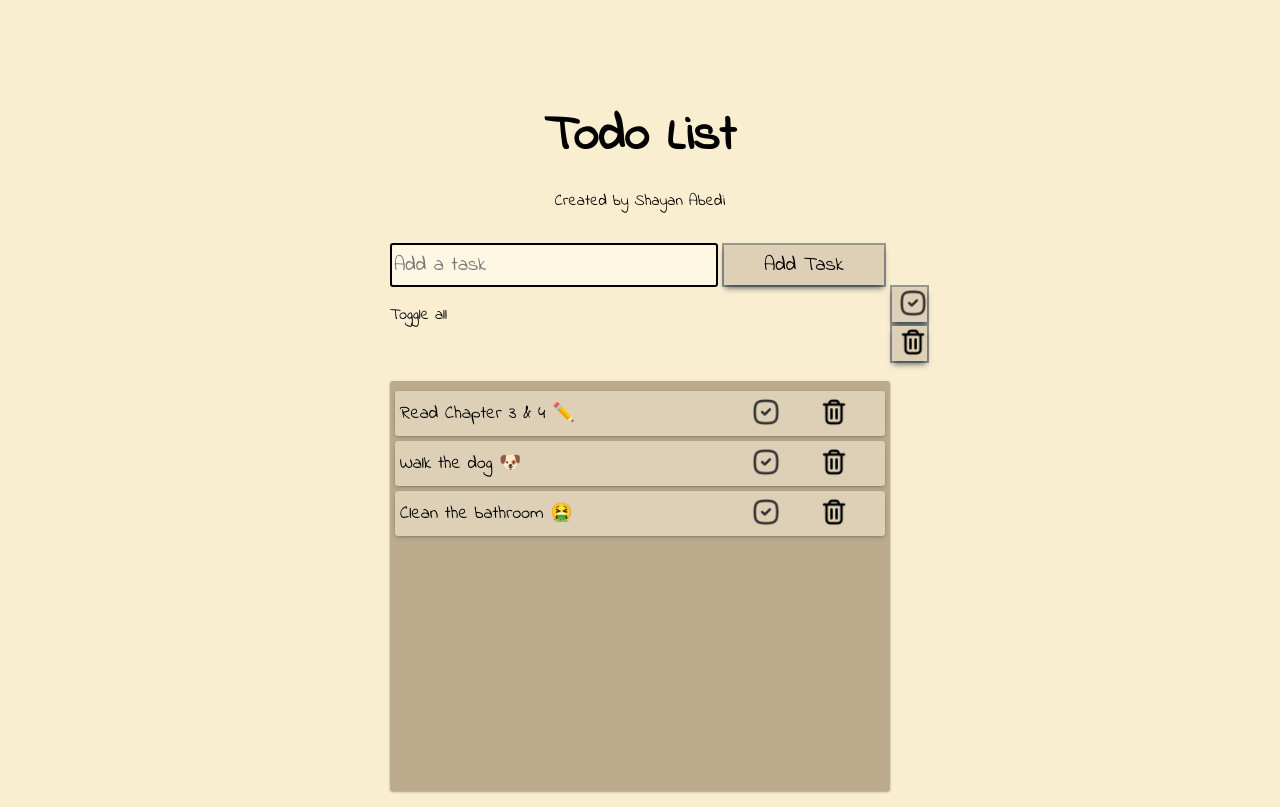
Repository: shayanabedi98/todo-list
Page: /
An editor plug-in stored every save of this project. The page is shown before and after the next save, followed by the edit.
The browser window is 1280 px wide. The pictures show the whole page.
The project was rebuilt for these pictures with package versions that can differ from the ones it lists, and the page was loaded fresh each time. Also part of the build but not shown: vite.config.js.

Above is the page before, as saved 2023-12-30 17:17:19.

### index.html
<!doctype html>
<html lang="en">
  <head>
    <meta charset="UTF-8" />
    <link rel="icon" type="image/svg+xml" href="./src/assets/pencil-svgrepo-com.png" />
    <meta name="viewport" content="width=device-width, initial-scale=1.0" />
    <link rel="preconnect" href="https://fonts.googleapis.com">
    <link rel="preconnect" href="https://fonts.gstatic.com" crossorigin>
    <link href="https://fonts.googleapis.com/css2?family=Indie+Flower&display=swap" rel="stylesheet">
    <title>Todo List</title>
  </head>
  <body>
    <div id="root"></div>
    <script type="module" src="/src/main.jsx"></script>
  </body>
</html>

### src/App.jsx
import { useState } from "react";
import { v4 as uuid } from "uuid";
import TodoList from "./TodoList";
import CreateTask from "./CreateTask";
import AffectAll from "./AffectAll";

function App() {
  const [list, setList] = useState([
    { id: uuid(), text: "Read Chapter 3 & 4 ✏️", completed: false },
    { id: uuid(), text: "Walk the dog 🐶", completed: false },
    { id: uuid(), text: "Clean the bathroom 🤮", completed: false },
  ]);
  const [input, setInput] = useState("");

  const addTask = () => {
    if (input.trim() !== "") {
      setList([...list, { id: uuid(), text: input, completed: false }]);
      setInput("");
    }
  };

  const handleChange = (event) => {
    setInput(event.target.value);
  };

  const handleDelete = (taskID) => {
    const newList = list.filter((task) => {
      return task.id !== taskID;
    });
    setList(newList);
  };

  const handleComplete = (taskID) => {
    const newList = list.map((task) => {
      if (task.id === taskID) {
        return { ...task, completed: !task.completed };
      } else {
        return task;
      }
    });
    setList(newList);
  };

  const clearAll = () => {
    setList([]);
  };

  const completeAll = () => {
    const isItCompleted = list.some((task) => !task.completed);
    const newList = list.map((task) => ({ ...task, completed: isItCompleted }));
    setList(newList)
  };

  return (
    <>
      <h1>Todo List</h1>
      <p>Created by Shayan Abedi</p>
      <CreateTask handleChange={handleChange} input={input} addTask={addTask} />
      <AffectAll clearAll={clearAll} completeAll={completeAll} />
      <TodoList
        list={list}
        handleDelete={handleDelete}
        handleComplete={handleComplete}
      />
    </>
  );
}

export default App;

### src/index.css
body {
  background-color: #FAEED1;
  font-family: 'Indie Flower', cursive;
}

h1 {
  font-size: 50px;
  margin-top: 100px;
  margin-bottom: 0;
  text-align: center;
}

.create-task {
  display: grid;
  place-items: center;
  align-content: center;
  grid-template-columns: 1fr 1fr;
  margin: 30px auto 0 auto;
}

.create-task input {
  background-color: #FDF7E4;
  border: 2px solid black;
  border-radius: 3px;
  font-size: 20px;
  height: 38px;
  width: 320px;
  font-family: 'Indie Flower', cursive;
}

.create-task button {
  background-color: #DED0B6;
  border: none;
  font-family: 'Indie Flower', cursive;
  height: 40px;
  width: 160px;
  font-size: 20px;
  box-shadow: rgba(6, 24, 44, 0.4) 0px 0px 0px 2px, rgba(6, 24, 44, 0.65) 0px 4px 6px -1px, rgba(255, 255, 255, 0.08) 0px 1px 0px inset;
  cursor: pointer;
}

.affect-all {
  display: grid;
  grid-template-columns: 1fr 1fr;
}

.affect-all p{
 text-align: start;
}

.affect-all button {
  background-color: #DED0B6;
  border: none;
  font-family: 'Indie Flower', cursive;
  height: 35px;
  width: 35px;
  margin: auto 2px;
  box-shadow: rgba(6, 24, 44, 0.4) 0px 0px 0px 2px, rgba(6, 24, 44, 0.65) 0px 4px 6px -1px, rgba(255, 255, 255, 0.08) 0px 1px 0px inset;
  cursor: pointer;
}

.list ul {
 padding: 5px;
 box-shadow: rgba(0, 0, 0, 0.12) 0px 1px 3px, rgba(0, 0, 0, 0.24) 0px 1px 2px;
  border-radius: 3px;
  background-color: #BBAB8C;
  min-height: 400px;
}

.list li {
  list-style: none;
  display: grid;
  grid-template-columns: 1fr 0.2fr 0.2fr;
  background-color: #DED0B6;
  margin-top: 5px;
  margin-bottom: 5px;
  padding: 5px;
  box-shadow: rgba(50, 50, 93, 0.25) 0px 2px 5px -1px, rgba(0, 0, 0, 0.3) 0px 1px 3px -1px;
  border-radius: 3px;
  font-size: 18px;
  align-items: center;
}

p, h1, .create-task, .list, .affect-all {
  width: 500px;
  margin-left: auto;
  margin-right: auto;
}

.list button {
  background-color: #DED0B6;
  height: 35px;
  width: 35px;
  margin: auto 2px;
  cursor: pointer;
  border: none;
  border-radius: 3px;
}

.list img, .affect-all img {
  height: 30px;
}

p {
  text-align: center;
}

### src/TodoList.jsx
import React from "react";
import trash from "./assets/trash.png";
import check from "./assets/check.png";

const TodoList = ({ handleComplete, handleDelete, list }) => {
  const completedStyle = (condition) => {
    return condition
      ? {
          color: "grey",
          textDecoration: "line-through",
        }
      : {};
  };

  return (
    <div className="list">
      <ul>
        {list.map((task) => {
          return (
            <li key={task.id}>
              <span style={completedStyle(task.completed)}>{task.text}</span>
              <button id="complete" onClick={() => handleComplete(task.id)}>
                <img src={check} alt="checkmark button"/>
              </button>
              <button id="delete" onClick={() => handleDelete(task.id)}>
                <img src={trash} alt="delete button"/>
              </button>
            </li>
          );
        })}
      </ul>
    </div>
  );
};

export default TodoList;

### src/CreateTask.jsx
import React from "react";

const CreateTask = ({input, addTask, handleChange}) => {
  return (
    <div className="create-task">
      <input
        onKeyDown={(e) => e.key === 'Enter' && addTask()}
        placeholder="Add a task"
        type="text"
        onChange={handleChange}
        value={input}
      />
      <button onClick={addTask}>Add Task</button>
    </div>
  );
};

export default CreateTask;

### src/AffectAll.jsx
import React from "react";
import trash from "./assets/trash.png";
import check from "./assets/check.png";

const AffectAll = ({ clearAll, completeAll }) => {
  return (
    <div className="affect-all">
      <div id="one">
        <p>Toggle all</p>
      </div>
      <div id="two">
        <button onClick={completeAll}>
          <img src={check} alt="" />
        </button>
        <button onClick={clearAll}>
          <img src={trash} alt="" />
        </button>
      </div>
    </div>
  );
};

export default AffectAll;

Loaded but not shown: src/main.jsx (common file)

After the next save:
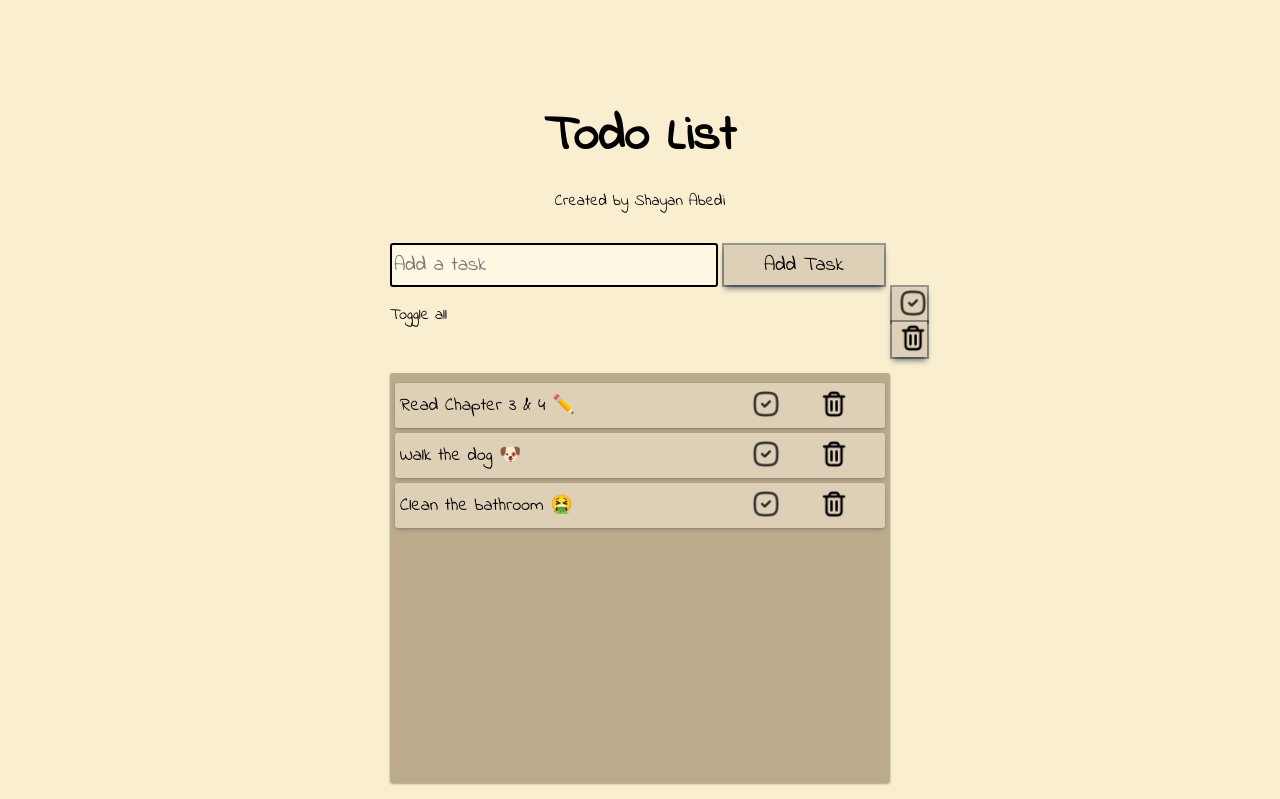
Saved 32 s later.
--- a/src/index.css
+++ b/src/index.css
@@ -42,6 +42,10 @@ h1 {
 .affect-all {
   display: grid;
   grid-template-columns: 1fr 1fr;
+}
+
+.affect-all #two {
+  display: grid;
 }
 
 .affect-all p{
